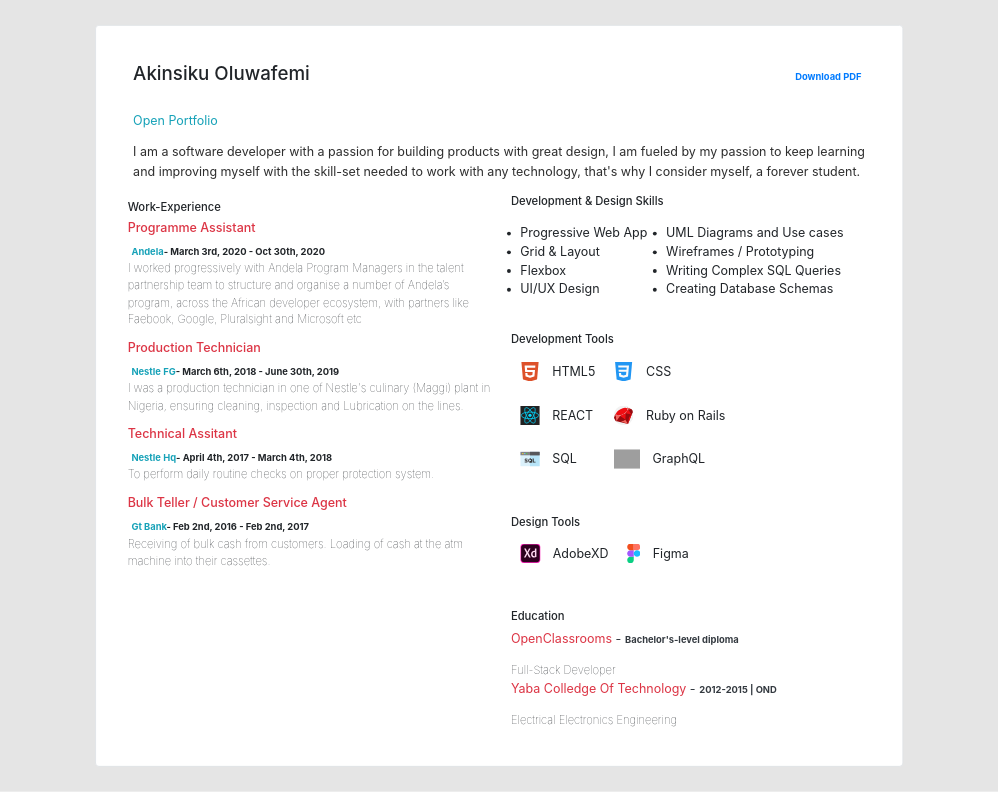
Repository: akinsikuoluwafemi/resume
Page: index.html
The author's editor kept a copy of each file at every save. The page is drawn from the files as they stood at one save, then again after a run of saves.
The browser window is 1280 px wide. The pictures show the whole page, at 78% of full size.
Pictures or frames that could not be fetched are drawn as grey boxes. The style sheet was rebuilt from its Sass, Less or Tailwind sources for each picture, by a compiler version that may differ from the author's.

Above is the page before, as saved 2021-01-13 23:43:51.

### index.html
<!DOCTYPE html>
<html lang="en">

<head>
    <meta charset="UTF-8">
    <meta name="viewport" content="width=device-width, initial-scale=1.0">
    <meta http-equiv="X-UA-Compatible" content="ie=edge">
    <link rel="shortcut icon" type="image/png" href="./images/new-photo.png">

    <link rel="stylesheet" href="https://stackpath.bootstrapcdn.com/bootstrap/4.3.1/css/bootstrap.min.css" integrity="sha384-ggOyR0iXCbMQv3Xipma34MD+dH/1fQ784/j6cY/iJTQUOhcWr7x9JvoRxT2MZw1T"
        crossorigin="anonymous" />
    <link rel="stylesheet" href="./resume.css">

    <title>Akinsiku Oluwafemi - Software Developer</title>
</head>

<body>

   <div class="col-sm-12 col-lg-10 m-auto">
       <!--  -->
        <div class="p-c container border px-3 py-4 px-lg-5 py-lg-5 ">
            <header class="row">
                <div class="col d-flex align-items-center">
                    <h4 class="header__name mr-auto">Akinsiku Oluwafemi</h4>
                    <a href="./images/Femi_Akinsiku_resume.pdf" download="Femi_Akinsiku_resume.pdf" class="badge">Download PDF</a>
                </div>
            </header>
            <div class="row mt-4">
                <a href="https://femiakin.com/" target="_blank" class="col text-info">Open Portfolio</a>
            </div>

            <div class="row mt-3">
                <div class="col">
                    <p class="intro">I am a software developer with a passion for building products with great design, I am
                        fueled by my passion to keep learning and improving myself with the skill-set needed to work with
                        any
                        technology,
                        that's why I consider myself, a forever student.</p>
                </div>
            </div>


            <div class="row">

                <div class="col col-lg-6 p-2  ">
                    <!-- <div>
                        <h5 class="item__header">Community-Experience</h5>

                        <h6 class="item__job text-danger">#GADS 2020 - Programme Assistant </h6>
                        <p class="item__description">Grow with google, Andela and Pluralsight partnered to provide a new
                            program to support
                            software developers in Africa on Android, Google Cloud and Mobile Web skills. I am currently
                            serving as a
                            program assistant.</p>

                    </div>

                    <div>



                        <h6 class="item__job text-danger">#BuildforSDG Challenge 2020 - Programme Assistant </h6>


                        <p class="item__description">Facebook and Andela partnered to up-skill developers across
                            Sub-Saharan
                            Africa,
                            through a six-week immersive program where selected developers work in agile remote
                            teams to build projects relating to the SDGs.
                        </p>

                    </div> -->




                    <!-- here -->
                    <div>
                        <h5 class="item__header">Work-Experience</h5>
                        <h6 class="item__job text-danger">Programme Assistant</h6>
                        <span class="badge"><span class="text-info">Andela</span>- March 3rd, 2020 - Oct 30th, 2020</span>
                        <p class="item__description">I worked progressively with Andela Program Managers in the talent partnership team to structure and organise a number of Andela’s program, across the African developer ecosystem, with partners like Faebook, Google, Pluralsight and Microsoft etc</p>

                    </div>
                    <div>
                        <h6 class="item__job text-danger">Production Technician</h6>
                        <span class="badge"><span class="text-info">Nestle FG</span>- March 6th, 2018 - June 30th, 2019 </span>
                        <p class="item__description">I was a production technician in one of Nestle's culinary (Maggi)
                            plant in
                            Nigeria,
                            ensuring cleaning, inspection and Lubrication on the lines.</p>

                    </div>
                    <div>
                        <h6 class="item__job text-danger">Technical Assitant</h6>
                        <span class="badge"><span class="text-info">Nestle Hq</span>- April 4th, 2017 - March 4th, 2018</span>
                        <p class="item__description">To perform daily routine checks on proper protection system.
                        </p>

                    </div>
                    <div>
                        <h6 class="item__job text-danger">Bulk Teller / Customer Service Agent</h6>
                        <span class="badge"><span class="text-info">Gt Bank</span>- Feb 2nd, 2016 - Feb 2nd, 2017 </span>
                        <p class="item__description">Receiving of bulk cash from customers.
                            Loading of cash at the atm machine into their cassettes.
                            </p>

                    </div>
                    <!-- here2 -->



                </div>
                <div class="col col-lg-6 ">

                    <div>
                        <h5 class="item__header ">Development & Design Skills</h5>
                        <div class="d-flex ">
                            <ul class="list__item">
                                <li>Progressive Web App</li>
                                <li>Grid & Layout</li>
                                <li>Flexbox</li>
                                <li>UI/UX Design</li>


                            </ul>
                            <ul class="list__item">
                                <li>UML Diagrams and Use cases</li>
                                <li>Wireframes / Prototyping</li>
                                <li>Writing Complex SQL Queries</li>
                                <li>Creating Database Schemas</li>



                            </ul>
                        </div>


                    </div>

                    <div class="item__container">
                        <h5 class="item__header">Development Tools</h5>
                        <div class="d-flex ">
                            <ul class="list__item">
                                <div class="d-flex  mb-3">
                                    <img src="./images/html5.svg" />
                                    <p class="ml-3">HTML5</p>
                                </div>
                                <div class="d-flex  mb-3">
                                    <img src="./images/react-1.svg" />
                                    <p class="ml-3">REACT</p>
                                </div>
                                <div class="d-flex ">
                                    <img src="./images/sql.svg" />
                                    <p class="ml-3">SQL</p>
                                </div>

                            </ul>
                            <ul class="list__item ">
                                <div class="d-flex  mb-3">
                                    <img src="./images/css-3.svg" />
                                    <p class="ml-3">CSS</p>
                                </div>
                                <div class="d-flex  mb-3">
                                    <img src="./images/ruby.svg" />
                                    <p class="ml-3">Ruby on Rails</p>
                                </div>
                                <div class="d-flex ">
                                    <img src="./images/graphql-icon.svg" />
                                    <p class="ml-3">GraphQL</p>
                                </div>


                            </ul>
                        </div>


                    </div>

                    <!-- here -->

                    <div class="item__contain">
                        <h5 class="item__header">Design Tools</h5>
                        <div class="d-flex ">
                            <ul class="list__item">

                                <div class="d-flex  mb-3 ">
                                    <img src="./images/adobe-xd-1.svg" />
                                    <p class="ml-3">AdobeXD</p>
                                </div>

<!--
                                <div class="d-flex mb-3">
                                    <img src="./images/invision.svg" />
                                    <p class="ml-3">Invision</p>
                                </div> -->


                            </ul>
                            <ul class="list__item ">

                                  <div class="d-flex ">
                                    <img src="./images/figma-1.svg" />
                                    <p class="ml-3">Figma</p>
                                </div>
                                <!-- <div class="d-flex ">
                                    <img src="./images/sketch-2.svg" />
                                    <p class="ml-3">Sketch</p>
                                </div> -->


                            </ul>
                        </div>


                    </div>
                    <div class="edu">
                        <h5 class="item__header">Education</h5>
                        <p paragraph><a href="https://www.francecompetences.fr/recherche/rncp/27099/" class="text-danger text-info">OpenClassrooms
                            <span class="text-dark">-</span><span class="badge text-dark">Bachelor's-level diploma</span></a></p>

                        <span class="item__description "><a style="color: #212529" href="https://openclassrooms.com/en/paths/104-full-stack-developer">Full-Stack Developer</a></span>

                        <p class="text-danger paragraph pt-2">Yaba Colledge Of Technology <span class="text-dark">-</span><span class="badge text-dark">2012-2015
                                | OND</span></p>
                        <span class="item__description ">Electrical Electronics Engineering</span>


                    </div>



                </div>

            </div>


        </div>

        <!--  -->
   </div>










    <script src="https://code.jquery.com/jquery-3.3.1.slim.min.js" integrity="sha384-q8i/X+965DzO0rT7abK41JStQIAqVgRVzpbzo5smXKp4YfRvH+8abtTE1Pi6jizo"
        crossorigin="anonymous"></script>
    <script src="https://cdnjs.cloudflare.com/ajax/libs/popper.js/1.14.7/umd/popper.min.js" integrity="sha384-UO2eT0CpHqdSJQ6hJty5KVphtPhzWj9WO1clHTMGa3JDZwrnQq4sF86dIHNDz0W1"
        crossorigin="anonymous"></script>
    <script src="https://stackpath.bootstrapcdn.com/bootstrap/4.3.1/js/bootstrap.min.js" integrity="sha384-JjSmVgyd0p3pXB1rRibZUAYoIIy6OrQ6VrjIEaFf/nJGzIxFDsf4x0xIM+B07jRM"
        crossorigin="anonymous"></script>
</body>

</html>

### resume.scss


body {
    background-color: #E5E5E5;

    -webkit-font-smoothing: antialiased;
  -moz-osx-font-smoothing: grayscale;
}

.container {
    margin: 2rem auto;
    background-color: white;
    border-radius: .3rem;
}

.intro {
    font-size: 1rem;
    color: rgba(0,0,0,0.82);
    line-height: 1.6rem;
}


.text-info:hover{
    text-decoration: none;
}

img {
    height: 25px;
}



.item {

     &__contain {
        margin-bottom: 0rem;
        // background: red;
    }

    &__container {
        margin: 1rem 0!important;
    }

    &__dev {
         font-size: .9rem;
        margin-bottom: 1rem;
    }

    &__header {
        font-size: .9rem;
        margin-bottom: .5rem;
    }

    &__description {
        font-weight: 100;
        font-size: .9rem;
    }

}


.list__item {
    padding: 12px;
}

@media (max-width: 576px) {
    br {
        display: none;
    }
 }

 .paragraph {
   padding: 0!important;
 }

After the next 3 saves:
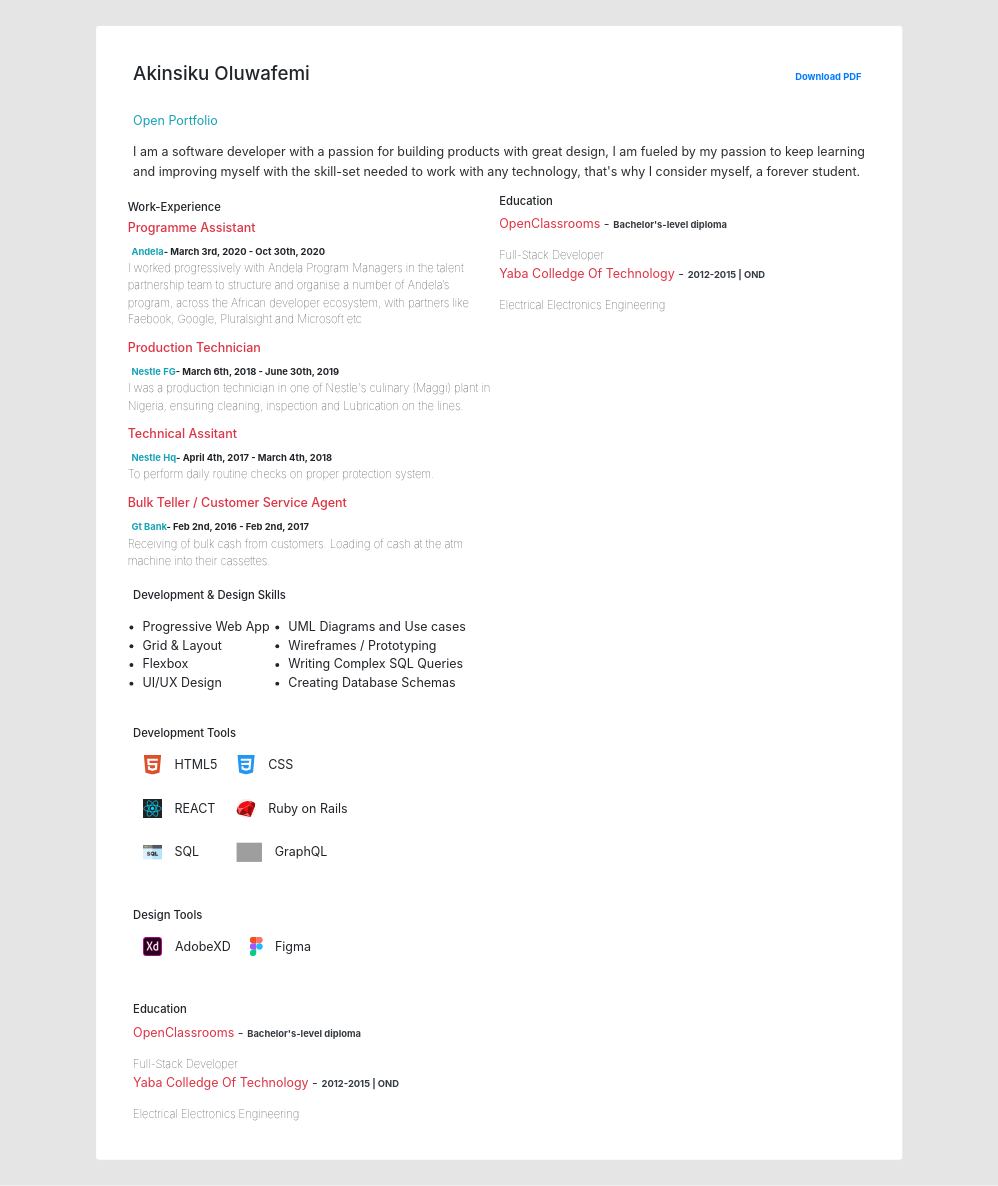
The 3 saves are shown as one change because they came seconds apart.
The last was saved 32 s later.
--- a/index.html
+++ b/index.html
@@ -111,6 +111,21 @@
 
 
                 </div>
+
+                    <div class="edu">
+                        <h5 class="item__header">Education</h5>
+                        <p paragraph><a href="https://www.francecompetences.fr/recherche/rncp/27099/" class="text-danger text-info">OpenClassrooms
+                            <span class="text-dark">-</span><span class="badge text-dark">Bachelor's-level diploma</span></a></p>
+
+                        <span class="item__description "><a style="color: #212529" href="https://openclassrooms.com/en/paths/104-full-stack-developer">Full-Stack Developer</a></span>
+
+                        <p class="text-danger paragraph pt-2">Yaba Colledge Of Technology <span class="text-dark">-</span><span class="badge text-dark">2012-2015
+                                | OND</span></p>
+                        <span class="item__description ">Electrical Electronics Engineering</span>
+
+
+                    </div>
+
                 <div class="col col-lg-6 ">
 
                     <div>

After the save that followed:
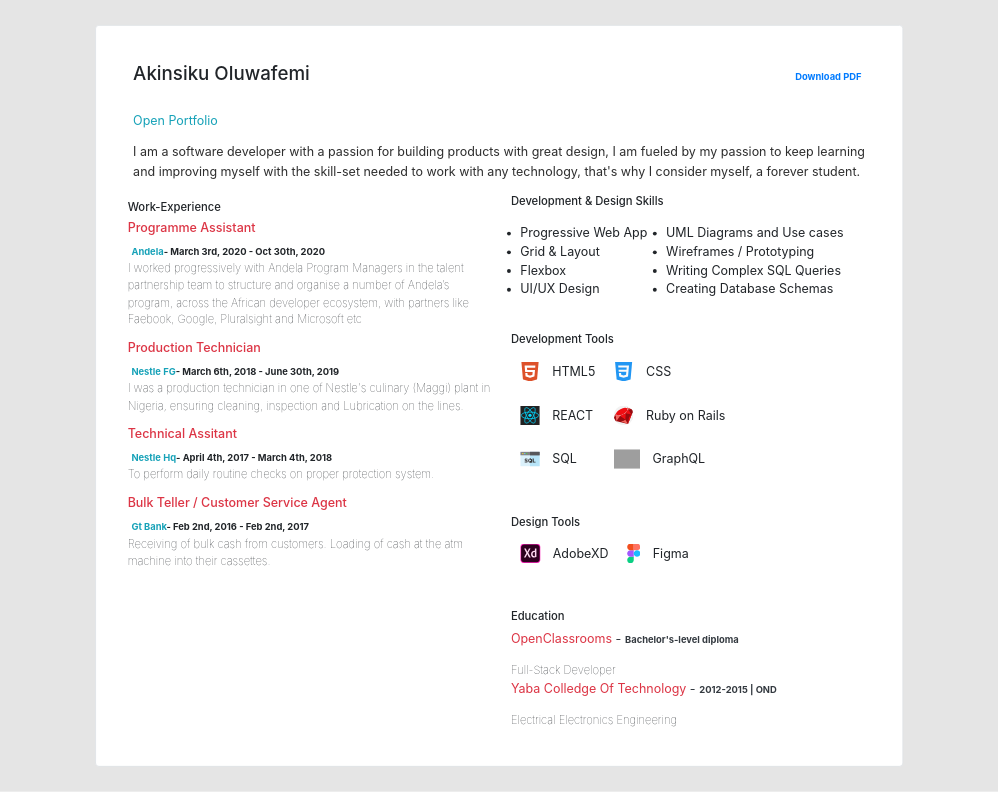
Saved 8 s later.
--- a/index.html
+++ b/index.html
@@ -112,19 +112,7 @@
 
                 </div>
 
-                    <div class="edu">
-                        <h5 class="item__header">Education</h5>
-                        <p paragraph><a href="https://www.francecompetences.fr/recherche/rncp/27099/" class="text-danger text-info">OpenClassrooms
-                            <span class="text-dark">-</span><span class="badge text-dark">Bachelor's-level diploma</span></a></p>
-
-                        <span class="item__description "><a style="color: #212529" href="https://openclassrooms.com/en/paths/104-full-stack-developer">Full-Stack Developer</a></span>
-
-                        <p class="text-danger paragraph pt-2">Yaba Colledge Of Technology <span class="text-dark">-</span><span class="badge text-dark">2012-2015
-                                | OND</span></p>
-                        <span class="item__description ">Electrical Electronics Engineering</span>
-
-
-                    </div>
+
 
                 <div class="col col-lg-6 ">
 
